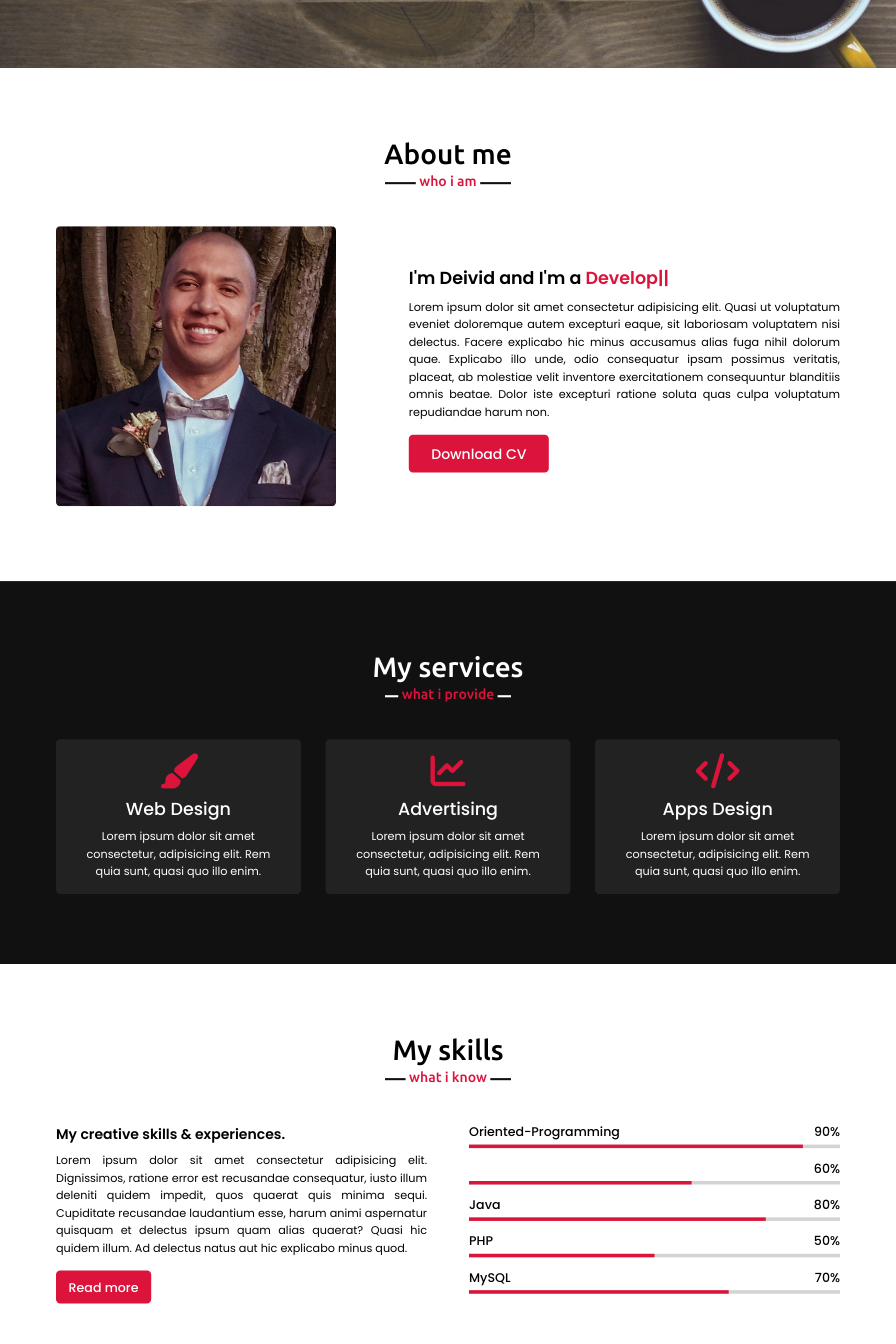
Repository: deividwsantoss/portfolio
Page: index.html
These files come from the project's save history. The page is drawn as it stood at one moment and after the next save; the edit follows.
The browser window is 1280 px wide. The pictures show the part of the page from y = 623 to 2543 px (the page is 3973 px tall), at 70% of full size.
Some web libraries are served in a nearby version.

Above is the page before, as saved 2021-03-02 08:19:12.

After the next save:
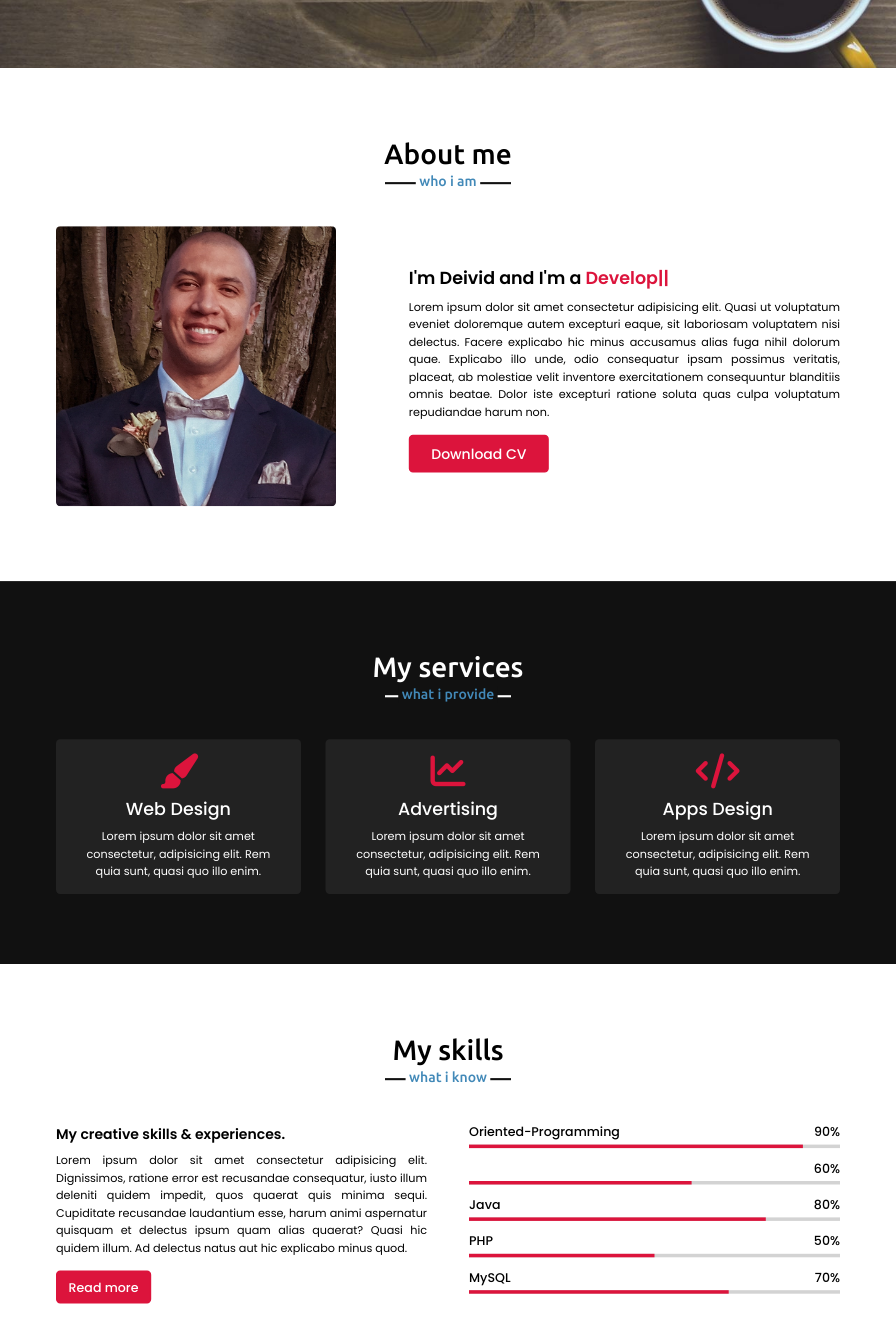
Saved 4 s later.
--- a/Content/style.css
+++ b/Content/style.css
@@ -68,7 +68,7 @@ section .title::after{
     bottom: -8px;
     left: 50%;
     font-size: 20px;
-    color: crimson;
+    color: rgb(66, 137, 184);;
     padding: 0 5px;
     background: #fff;
     transform: translateX(-50%);
